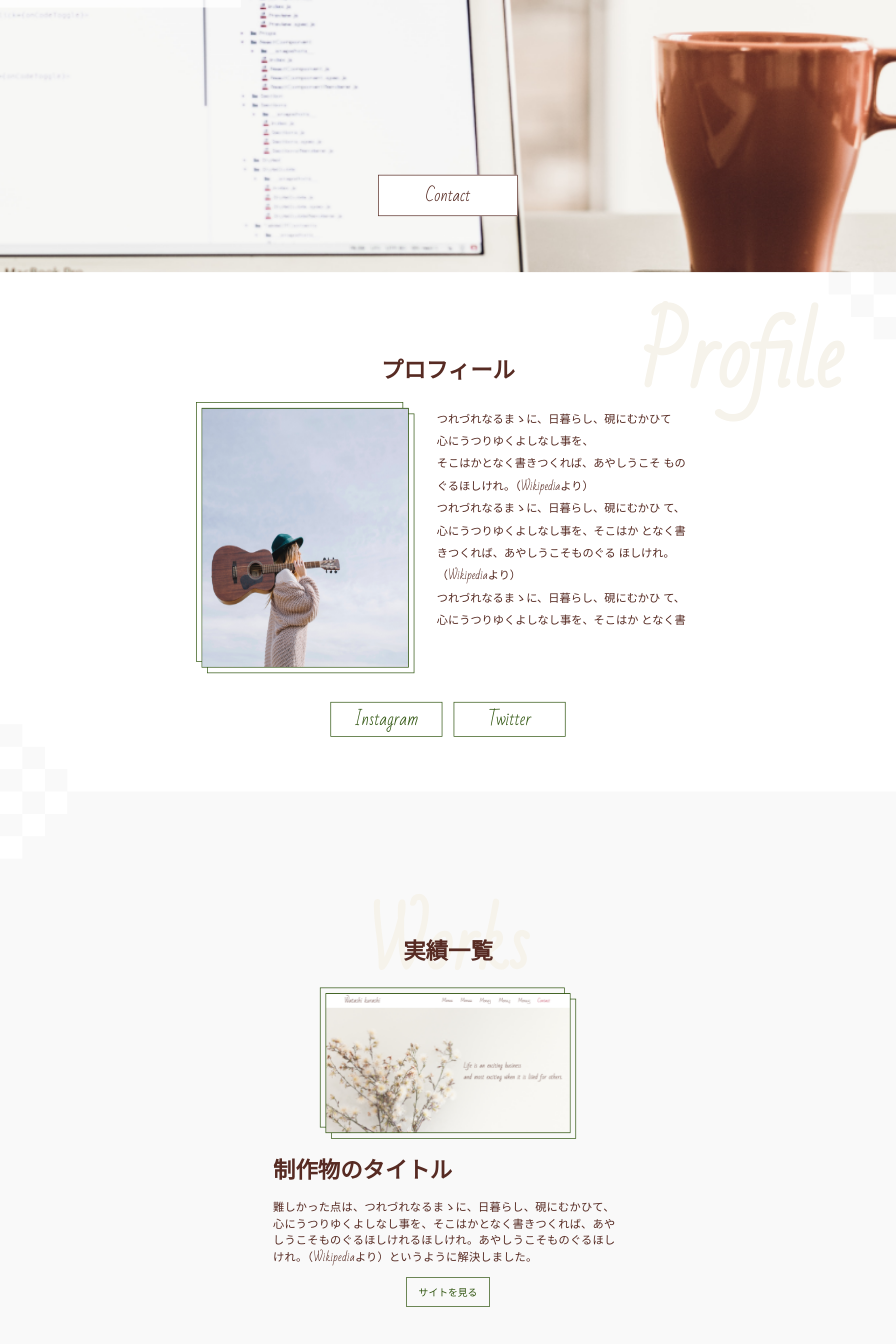
Repository: ppmp556/igarashi.kakuu
Page: index.html
An editor plug-in stored every save of this project. The page is shown before and after the next save, followed by the edit.
The browser window is 1280 px wide. The pictures show the part of the page from y = 634 to 2554 px (the page is 5540 px tall before and 5569 px after), at 70% of full size.
Some web libraries are served in a nearby version. The style sheet was rebuilt from its Sass, Less or Tailwind sources for each picture, by a compiler version that may differ from the author's.

Above is the page before, as saved 2020-11-13 21:43:12.

After the next save:
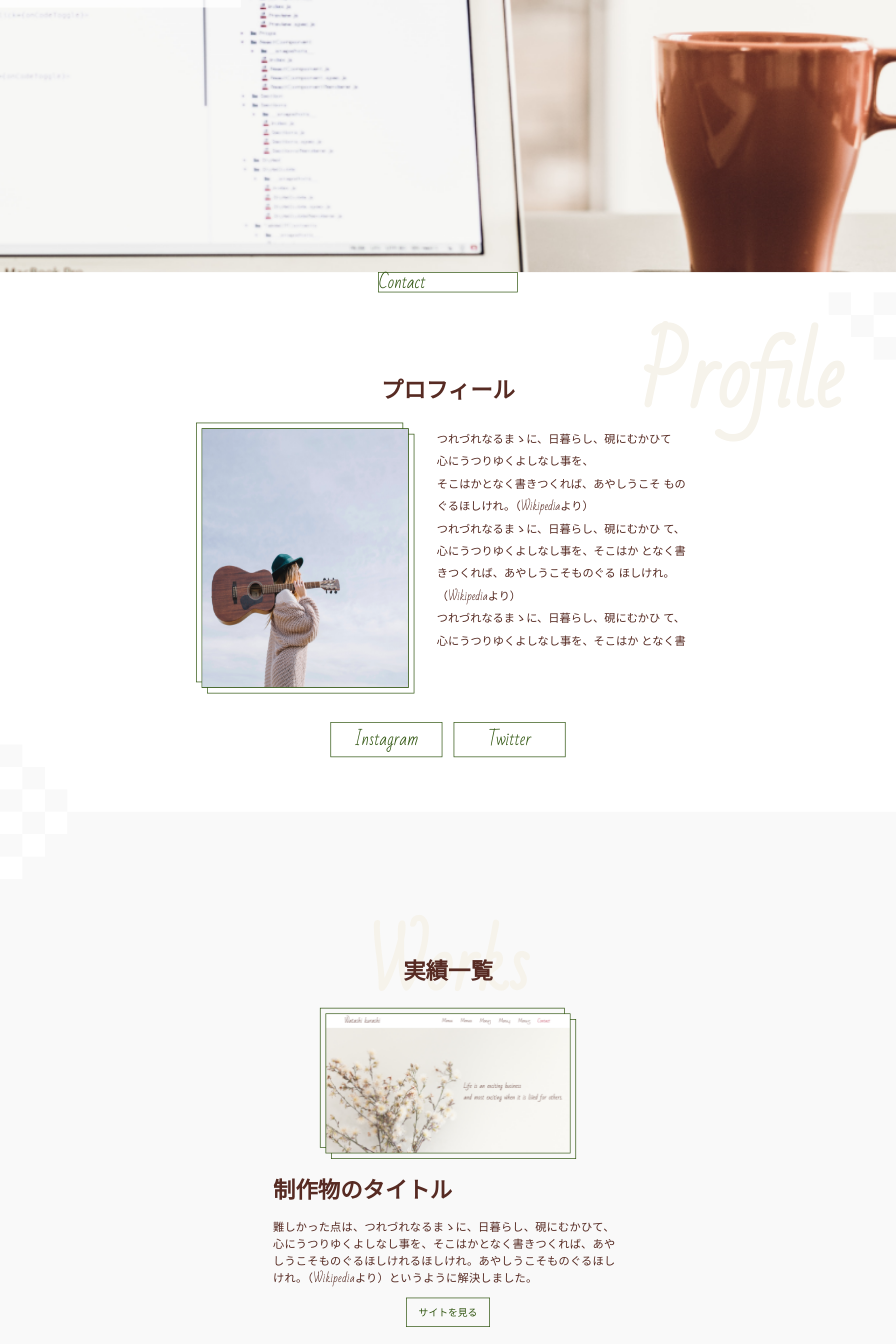
Saved 11 min 4 s later.
--- a/index.html
+++ b/index.html
@@ -51,10 +51,10 @@
                 <p class="kv_txt">I love this job from the bottom of my heart.</p><!-- /.kv_txt -->
                 <p class="kv_txt __subtxt">私はこの仕事が大好きだ</p><!-- /.kv_txt -->
             </div><!-- /.kv_txtbox -->
-            <div class="site_btn">
-                <a href="#" class="site_link">Contact</a><!-- /.site_link -->
-            </div><!-- /.site_btn -->
         </div><!-- /.kv -->
+                <div class="site_btn">
+                    <a href="#" class="site_link">Contact</a><!-- /.site_link -->
+                </div><!-- /.site_btn -->
         <main>
             <div class="inner">
 

After the save that followed:
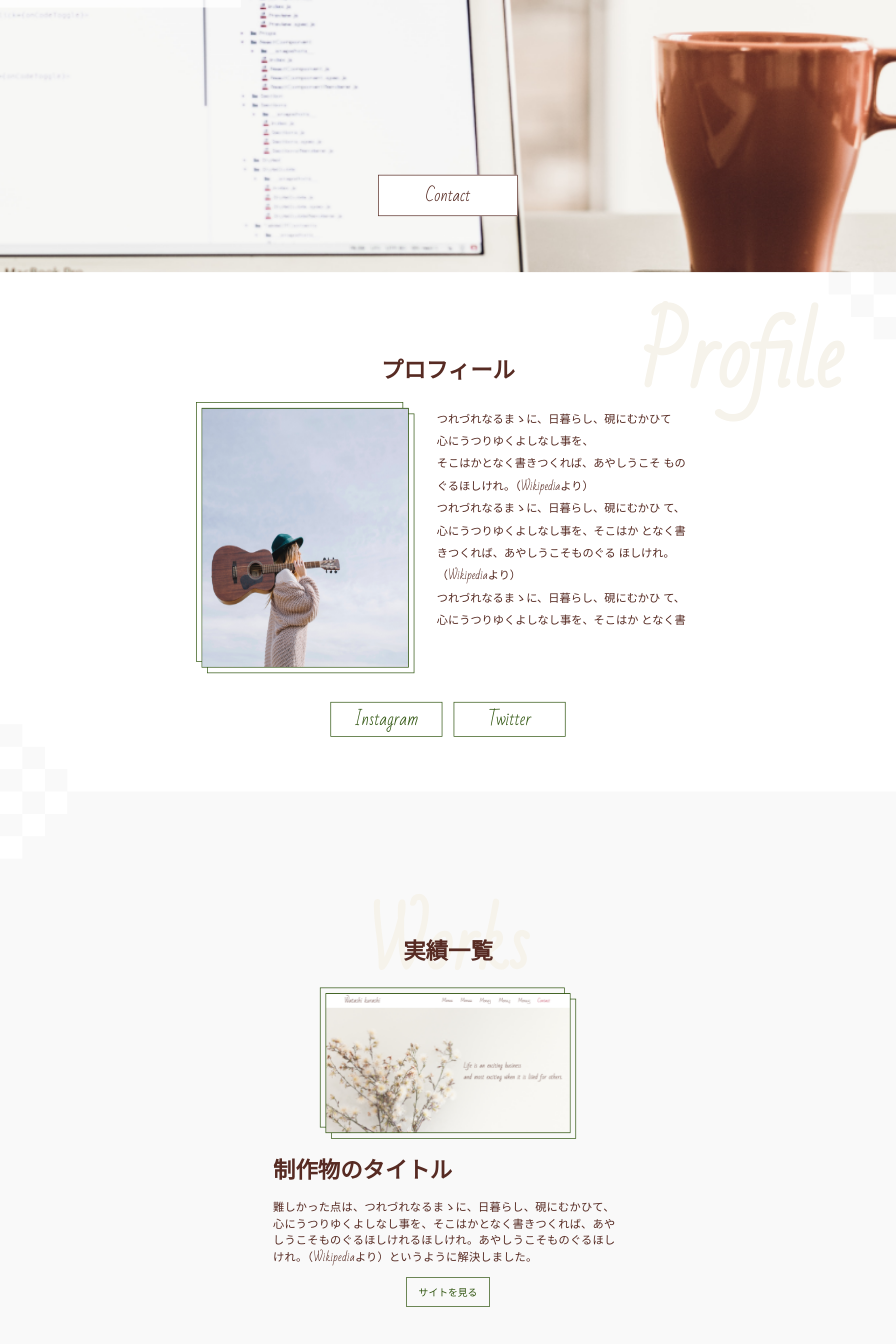
Saved 34 s later.
--- a/index.html
+++ b/index.html
@@ -51,10 +51,10 @@
                 <p class="kv_txt">I love this job from the bottom of my heart.</p><!-- /.kv_txt -->
                 <p class="kv_txt __subtxt">私はこの仕事が大好きだ</p><!-- /.kv_txt -->
             </div><!-- /.kv_txtbox -->
+            <div class="site_btn">
+                <a href="#" class="site_link">Contact</a><!-- /.site_link -->
+            </div><!-- /.site_btn -->
         </div><!-- /.kv -->
-                <div class="site_btn">
-                    <a href="#" class="site_link">Contact</a><!-- /.site_link -->
-                </div><!-- /.site_btn -->
         <main>
             <div class="inner">
 
